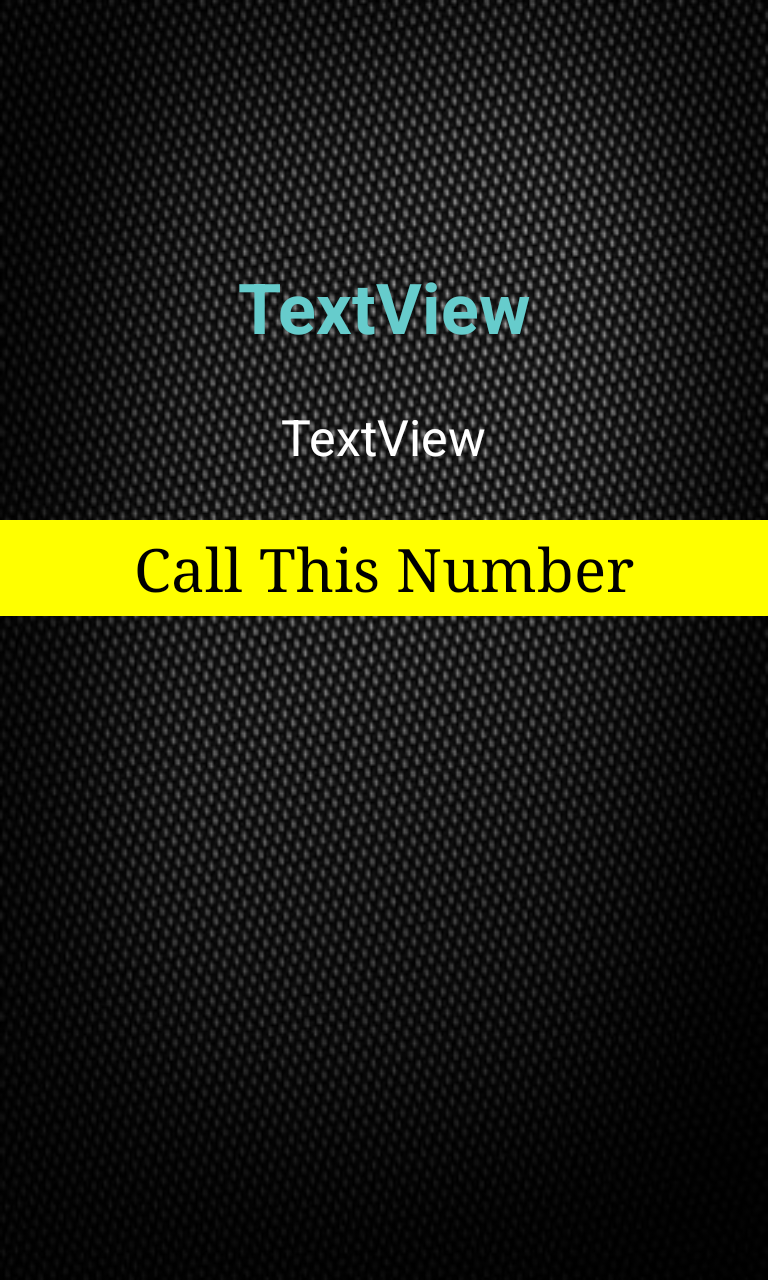
Repository: kenshiryu7/mdv-projects
Layout: Java_2/Java2_w3/res/layout/testing_view.xml
An editor plug-in stored every save of this project. The layout is shown before and after the next save, followed by the edit.
It is drawn on a 768 x 1280 px phone screen (xhdpi) without system bars, with theme AppTheme; the app's code is not run.

Above is the layout before, as saved 2012-12-05 18:56:36.

After the next save:
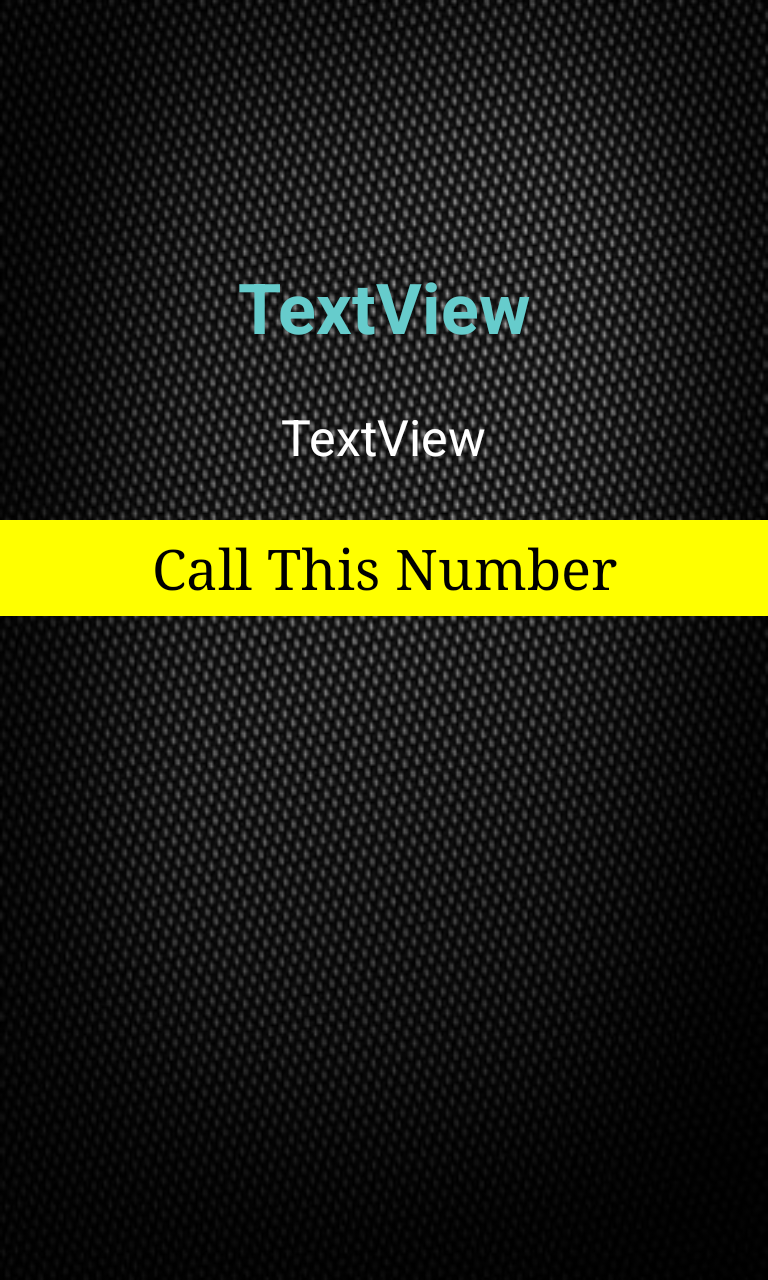
Saved 29 s later.
--- a/Java_2/Java2_w3/res/layout/testing_view.xml
+++ b/Java_2/Java2_w3/res/layout/testing_view.xml
@@ -41,7 +41,7 @@
         android:layout_marginTop="25dp"
         android:background="#FFFF00"
         android:text="@string/make_call"
-        android:textSize="30sp"
+        android:textSize="28sp"
         android:typeface="serif" />
 
 </LinearLayout>
